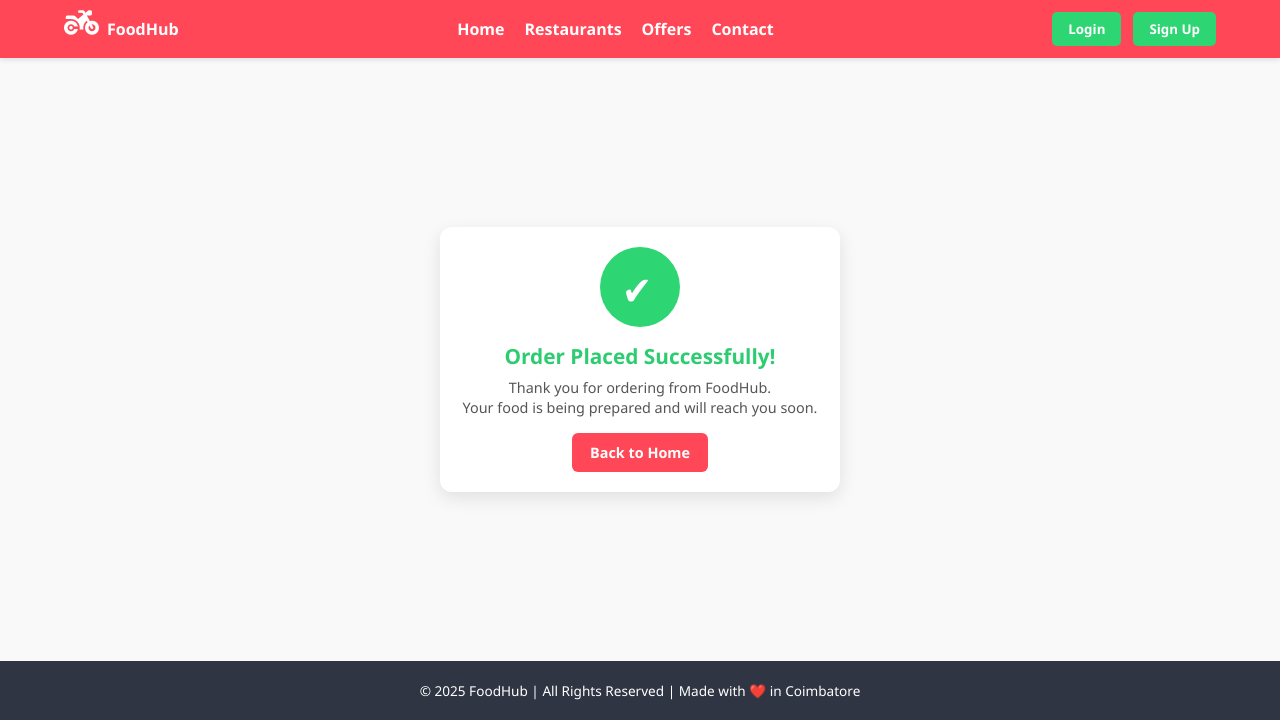
Repository: srinithiashoka/FoodDeliveryApp
Page: http://localhost/FoodDeliveryApp/success.jsp
The author's editor kept a copy of each file at every save. The page is drawn from the files as they stood at one save, then again after the next save.
The browser window is 1280 px wide. The pictures show the whole page.
The page is served by Tomcat 10.

Above is the page before, as saved 2025-12-03 14:26:14.

After the next save:
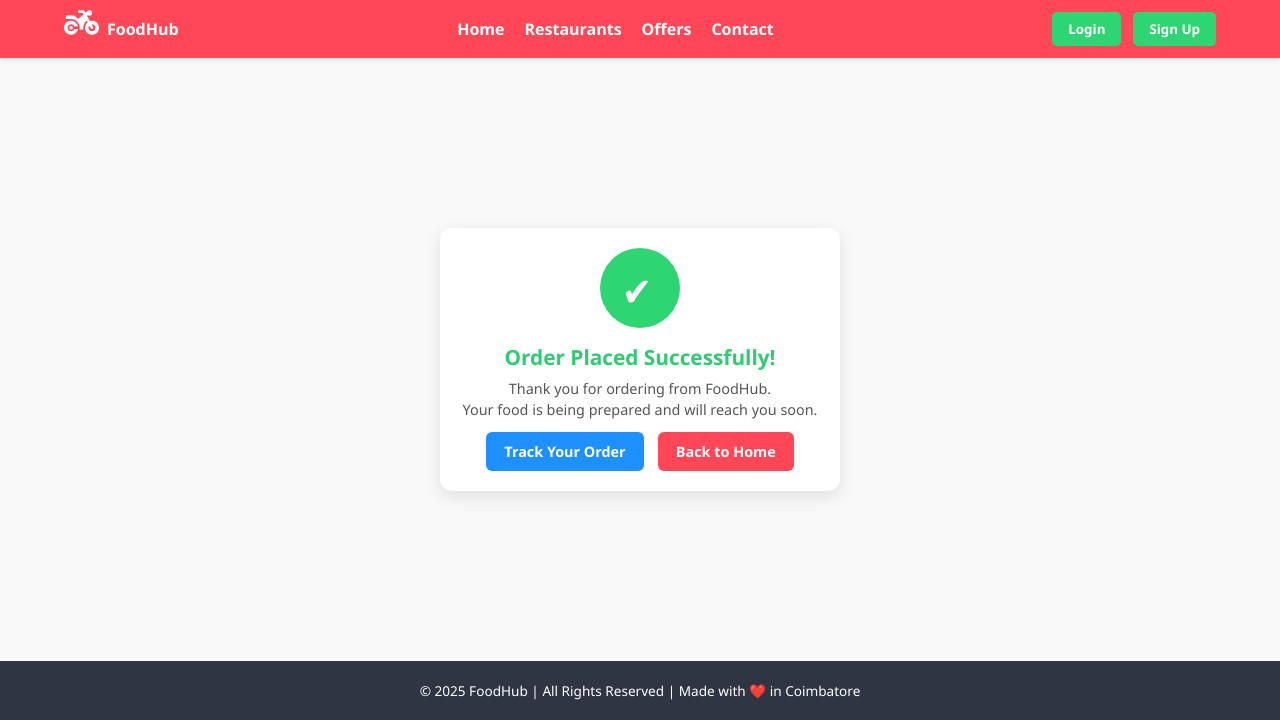
Saved 2 min 12 s later.
--- a/FoodDeliveryApp/src/main/webapp/success.jsp
+++ b/FoodDeliveryApp/src/main/webapp/success.jsp
@@ -64,11 +64,10 @@ body {
 @keyframes check {0%{transform:scale(0.2);opacity:0;}100%{transform:scale(1);opacity:1;}}
 .success-box h1 {margin-top: 12px; color:#2ecc71; font-size:1.3rem;}
 .success-text {margin-top: 8px; color:#555; font-size:0.9rem; line-height:1.4;}
-.track-btn {
+.track-btn, .home-btn {
     display: inline-block;
-    margin-top: 15px;
+    margin-top: 12px;
     padding: 10px 18px;
-    background: #ff4757;
     color: white;
     font-weight: bold;
     border-radius: 6px;
@@ -76,7 +75,10 @@ body {
     font-size: 0.9rem;
     transition: 0.3s;
 }
-.track-btn:hover {background:#e03c4c; transform: scale(1.05);}
+.track-btn {background: #1e90ff;} /* Blue for track */
+.track-btn:hover {background:#187bcd; transform: scale(1.05);}
+.home-btn {background: #ff4757; margin-left: 10px;} /* Red for home */
+.home-btn:hover {background:#e03c4c; transform: scale(1.05);}
 
 /* FOOTER */
 footer {
@@ -129,7 +131,8 @@ footer {
             Thank you for ordering from FoodHub.<br>
             Your food is being prepared and will reach you soon.
         </p>
-        <a href="home.jsp" class="track-btn">Back to Home</a>
+        <a href="trackorder.jsp" class="track-btn">Track Your Order</a>
+        <a href="home.jsp" class="home-btn">Back to Home</a>
     </div>
 </section>
 
